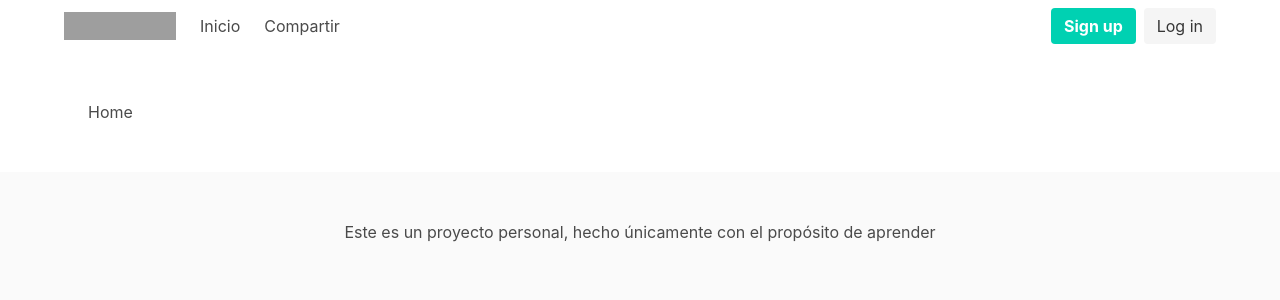
Repository: bombiux/app-sismo
Page: index.html
The author's editor kept a copy of each file at every save. The page is drawn from the files as they stood at one save, then again after the next save.
The browser window is 1280 px wide. The pictures show the whole page.
Pictures or frames that could not be fetched are drawn as grey boxes. Some web libraries are served in a nearby version.

Above is the page before, as saved 2020-03-24 00:44:37.

After the next save:
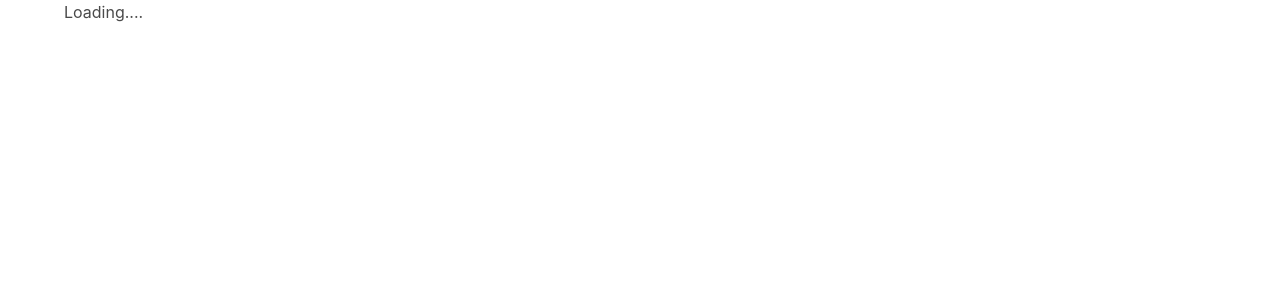
Console error: SyntaxError: Unexpected token ')'
Saved 11 s later.
--- a/views/pages/PostShow.js
+++ b/views/pages/PostShow.js
@@ -56,7 +56,7 @@
 
     render : async () => {
         let request = Utils.parseRequestURL()
-        let post = await getPost(request.id)
+        let post = request.id)
 
         return /*html*/`
             <section class="section">

After the save that followed:
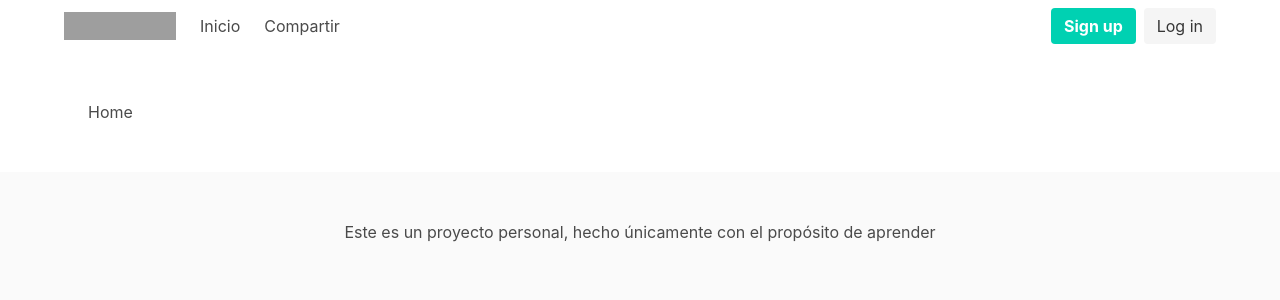
The error is gone.
Saved 4 s later.
--- a/views/pages/PostShow.js
+++ b/views/pages/PostShow.js
@@ -56,7 +56,7 @@
 
     render : async () => {
         let request = Utils.parseRequestURL()
-        let post = request.id)
+        let post = request.myObj
 
         return /*html*/`
             <section class="section">
